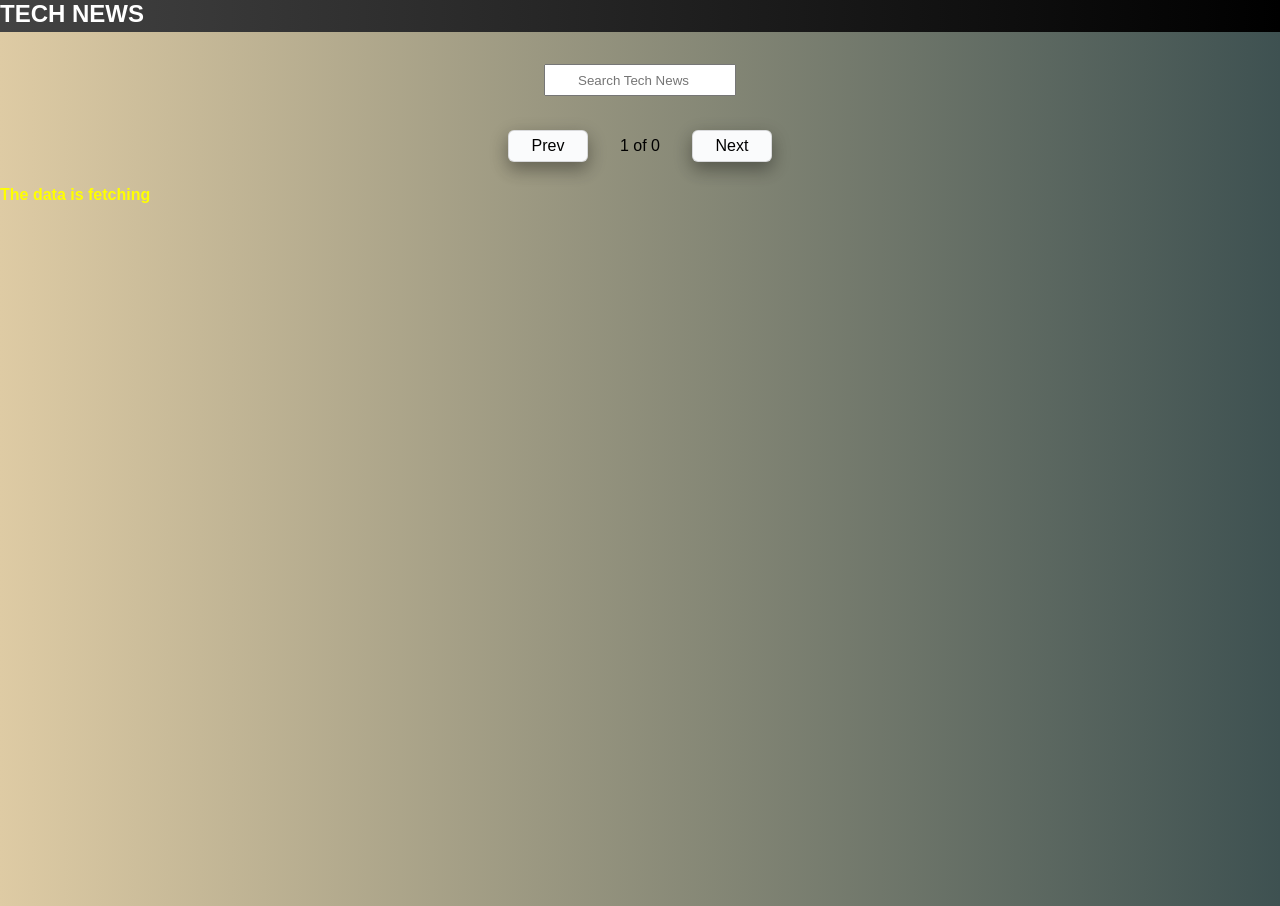
Repository: suraj-yadav7/TechNews
Page: /
These files come from the project's save history. The page is drawn as it stood at one moment and after the next save; the edit follows.
The browser window is 1280 px wide. The pictures show the whole page.
The page's requests for data from a server got no answer. The project was rebuilt for these pictures with package versions that can differ from the ones it lists, and the page was loaded fresh each time. No one was signed in, and anything a server would have sent is missing.

Above is the page before, as saved 2023-04-28 10:59:12.

### src/index.js
import React from 'react';
import ReactDOM from 'react-dom/client';
import App from './App';
import { AppProvider } from './context';

const root = ReactDOM.createRoot(document.getElementById('root'));
root.render(
  <React.StrictMode>
    <AppProvider>
    <App />
    </AppProvider>
  </React.StrictMode>
);

### src/App.js
import './App.css';
import Search from './components/Search';
import Stories from './components/Stories';

function App() {
  return (
      <>
      <Search/>
      <Stories />
      </>
  );
}

export default App;

### src/context.jsx
import {useContext, createContext, useEffect, useReducer} from "react"
import {reducer} from './reducer'

const AppContext = createContext();
let api = "https://hn.algolia.com/api/v1/search?";
const initial = {
    hits:[],
    page:0,
    nbPages:0,
    query:"",
    isLoading:true
}

const AppProvider = ({children})=>{

    const [state, dispatch] = useReducer(reducer, initial)

    const fetchApiData = async(url)=>{
        dispatch({
            type:"loadingData",
        })
        try{
            let fetchApi = await fetch(url)
            let data = await fetchApi.json()
            console.log(data)
            dispatch({
                type:"Get_Update",
                payload:{
                    hitNews:data.hits,
                    pg:data.page,
                    nbPg: data.nbPages
                }
            })
        }
        catch(error){
            console.log(error)
        }
        }

        //removing post
        const removePost = (objectID) =>{
                    dispatch({
                        type:"remove_post",
                        payload: objectID
                    })
        }

    //Search Post
    const searchPost = ((searchVal)=>{
        // searchVal.preventDefault()
        dispatch({
        type:"SEARCH_POST",
        payload: searchVal
        })
    })

    //Previous Page
    const prevPage=()=>{
        dispatch({
            type:"PREV_PAGE"
        })
    }
    const nextPage=()=>{
        dispatch({
            type:"NEXT_PAGE"
        })
    }
    useEffect(()=>{
         fetchApiData(`${api}query=${state.query}&&page=${state.page}`)

    },[state.query, state.page])


    return(
        <AppContext.Provider value= {{...state, removePost, searchPost,prevPage,nextPage}} >{children}</AppContext.Provider>
    )
};

//Custom hook to provide appContext and useContext

const useGlobalContext = ()=>{
    return useContext(AppContext)
}
export {AppContext,AppProvider, useGlobalContext}

### src/App.css
*{
  margin: 0;
  padding: 0;
  box-sizing: border-box;
  font-family:  sans-serif;
}

/* Navbar */
  .navbar{
    width: 100%;
    height: 2rem;
    background-image: linear-gradient(to right, #434343 0%, black 100%);
    color:#fff;
  }

/* Search Div*/
.searchMain{
  display: flex;
  flex-direction: column;
  align-items: center;
  justify-content: center;
  gap:10px;
  background-image: linear-gradient(to right, #DECBA4, #3E5151);

}
.searchInput{
  margin-top: 2rem ;
  width: 12rem;
  height: 2rem;
  text-align: center;
}
.pagination{
  margin: 0.5rem 0;
}
.pagination> button{
  width: 5rem;
  height: 2rem;
  font-size: 1rem;
  margin: 1rem 2rem;
  background-color: #FAFBFC;
  border: 1px solid rgba(27, 31, 35, 0.15);
  border-radius: 6px;
  box-shadow: 0 8px 16px 0 rgba(0,0,0,0.2), 0 6px 20px 0 rgba(0,0,0,0.19);
  cursor: pointer;
}
.pagination>button:hover {
  border-color: #646cff;
}


/* Stories */
.parentStory{
  display: flex;
  align-items: center;
  justify-content: center;
  flex-direction: column;
  gap: 1rem;
  background-image: linear-gradient(to right, #DECBA4, #3E5151);


}

.stories{
  width: 50%;
  height: 12rem;
  display: flex;
  background-image: linear-gradient(to right, #434343 0%, black 100%);
  align-items: center;
  justify-content: center;
  flex-direction: column;
  color: white;
  text-align: center;
}
.stories> h3,p{
  margin: 1rem 0;
  /* padding-bottom: 4rem; */
  padding: 0 2rem;
  margin-bottom: 1.2rem;
}
.storiesButton{
  height: 2rem;
  display: flex;
  align-items: center;
  margin:0.5rem ;
}
.storiesButton >button, a>button{
  margin:0 5rem;
  border: 1px solid blue;
  background-color: aliceblue;
  color: black;
  border-radius: 10px;
  height: 2rem;
  width: 6rem;
  text-align:center;
  font-size: medium;
  box-shadow: 0 8px 16px 0 rgba(0,0,0,0.2), 0 6px 20px 0 rgba(0,0,0,0.19);
  cursor: pointer;
}
.storiesButton >button, a>button:hover {
  border-color: #646cff;
}

### src/components/Search.jsx
import React from 'react'
import { useGlobalContext } from '../context'

const Search = () => {
  const { query, searchPost, prevPage, nextPage, nbPages, page } = useGlobalContext()
  return (
    <>
    <nav className='navbar'>
      <h1>TECH NEWS</h1>
    </nav>
      <div className='searchMain'>
        <div className='formContainer'>
          <form onSubmit={(e) => e.preventDefault()}>
            <input className='searchInput' type="search" placeholder='Search Tech News' value={query} onChange={(e) => searchPost(e.target.value)}></input>
          </form>
        </div>
        <div className='pagination'>
          <button onClick={prevPage} >Prev</button>
          <span>{page + 1} of {nbPages}</span>
          <button onClick={nextPage} >Next</button>
        </div>
      </div>
    </>
  )
}

export default Search

### src/components/Stories.jsx
import React from 'react'
import { useGlobalContext } from '../context'

const Stories = () => {
  const { hits, isLoading, removePost } = useGlobalContext()



  if (isLoading) {
    return (
  <div className="Loading" style={{ color:"yellow", height:"100vh",backgroundImage: "linear-gradient(to right, #DECBA4, #3E5151)"}}>
        <h4>The data is fetching</h4>
      </div>
    )
  }
  return (
    <>
      <div className='parentStory'>
        <h2>Latest Tech News</h2>
        {hits?.map((story) => {
          const { objectID } = story
          return (
            <>
              <div className='stories' key={objectID}>
                <h3>{story.title}</h3>
                <p>by <span>{story.author}</span>  | <span>comment: {story.num_comments} </span></p>
                  <div className="storiesButton">
                  <a href={story.url} target='_blank' rel="noreferrer"><button >Read More</button></a>
                  <button onClick={() => removePost(objectID)} >Remove</button>
                </div>
              </div>
            </>)
        })}
      </div>
    </>
  )
}

export default Stories

### src/reducer.jsx

const reducer = (state,action) =>{
    switch(action.type){
        case"loadingData" : return{
            ...state,
            isLoading: true

        } ;
        case "Get_Update":
            return{
                ...state,
                isLoading:false,
                hits:action.payload.hitNews,
                nbPages:action.payload.nbPg
            }

        case "remove_post":
            return{
                ...state, hits: state.hits.filter((post)=> post.objectID !== action.payload)
            }

        case "SEARCH_POST":
            return{
                    ...state, query: action.payload
            }

        case "PREV_PAGE":
            let pageNum=state.page-1
            if(pageNum<=0){
                pageNum=0
            }
            return{
                 ...state,
                    page:pageNum
                }


        case "NEXT_PAGE":
            let pageNum2= state.page+1
            if(pageNum2>=50){
                pageNum2=0
            }

            return{
                ...state,
                page:pageNum2
            }

    }
    return state
}
export {reducer};

Loaded but not shown: public/index.html (common file)

After the next save:
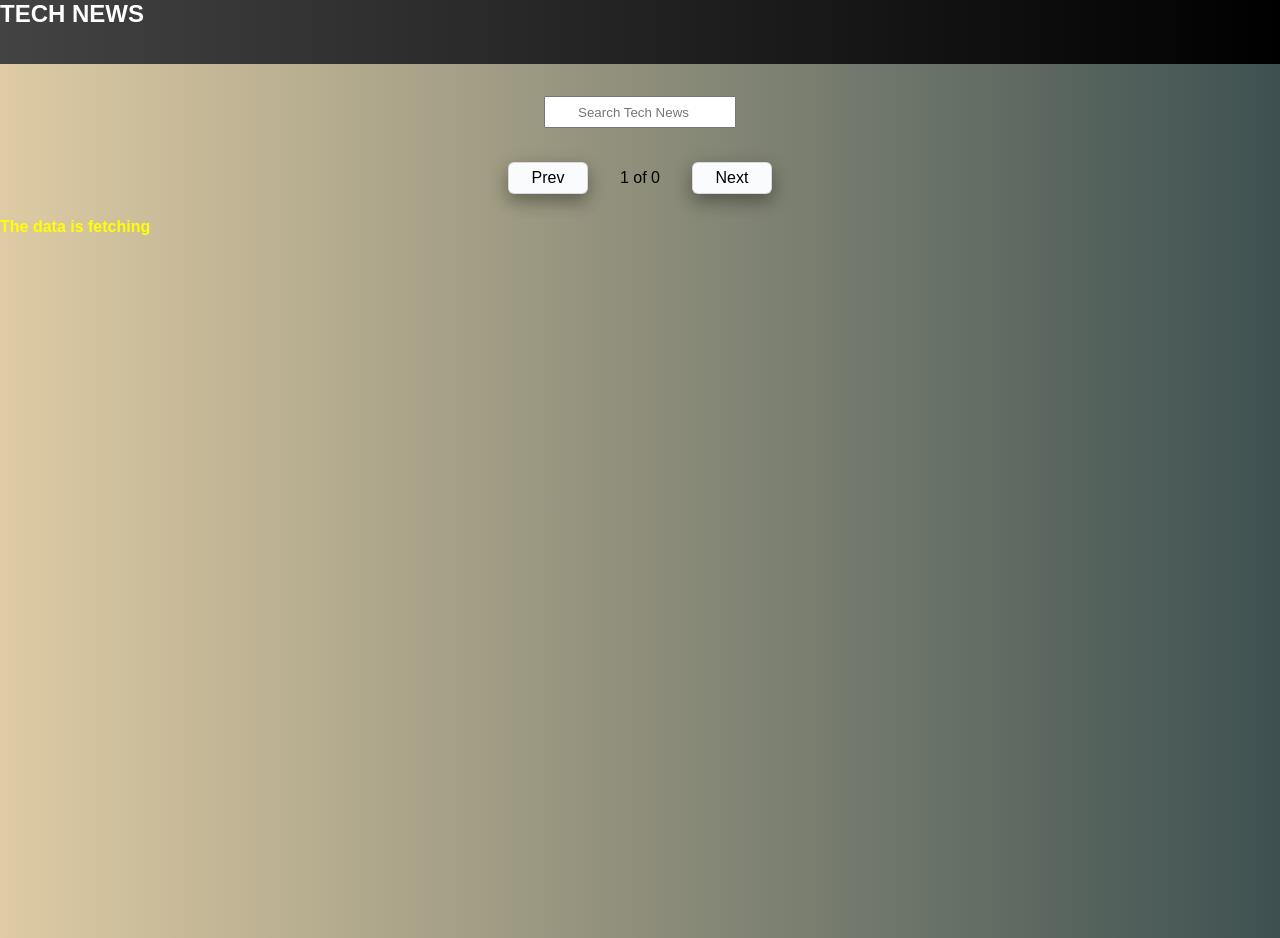
Saved 7 s later.
--- a/src/App.css
+++ b/src/App.css
@@ -8,7 +8,7 @@
 /* Navbar */
   .navbar{
     width: 100%;
-    height: 2rem;
+    height: 4rem;
     background-image: linear-gradient(to right, #434343 0%, black 100%);
     color:#fff;
   }
